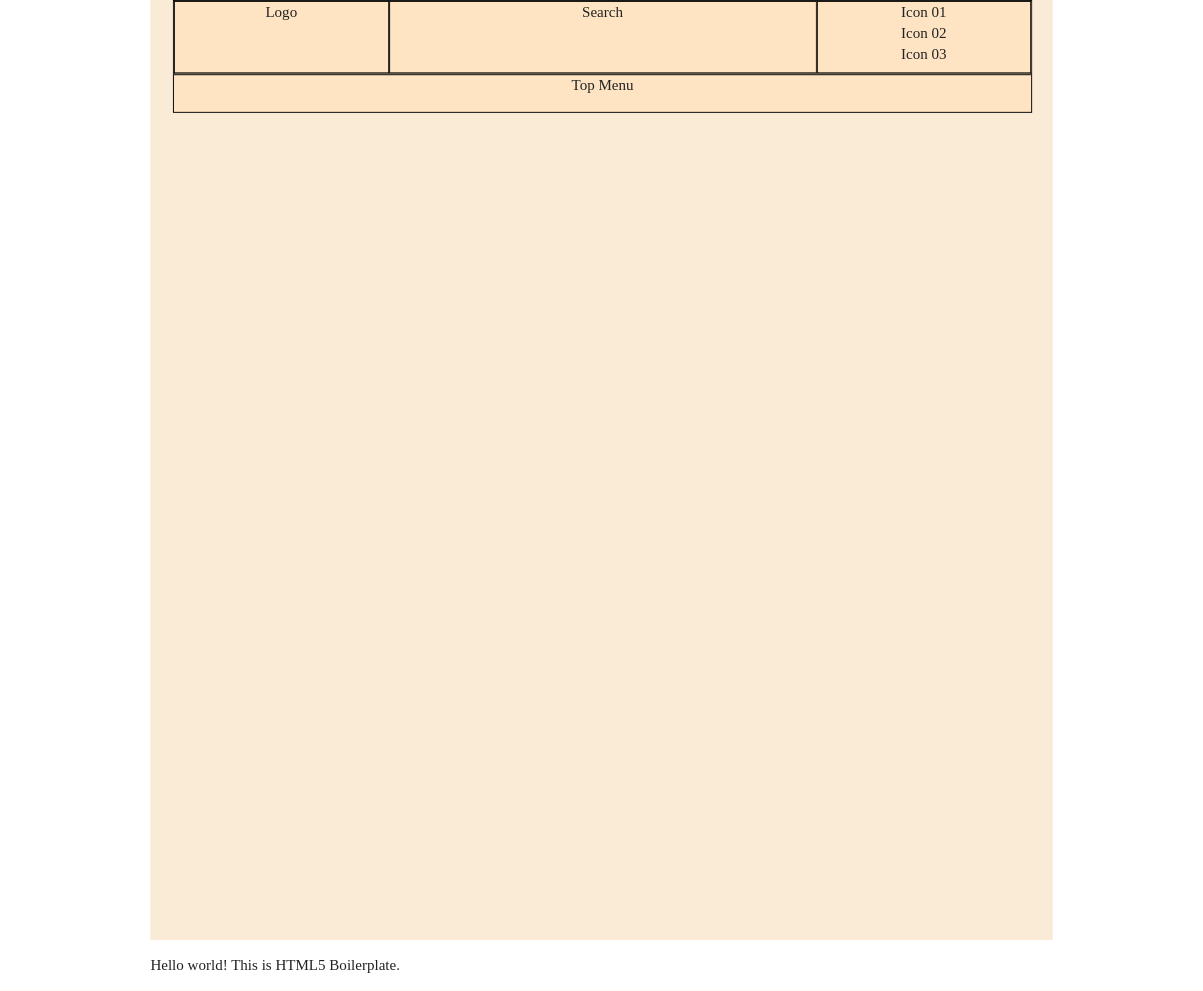
Repository: giovanabirck/cover-magazine-giovanabirck
Page: index.html
The author's editor kept a copy of each file at every save. The page is drawn from the files as they stood at one save, then again after the next save.
The browser window is 1280 px wide. The pictures show the whole page, at 94% of full size.

Above is the page before, as saved 2023-01-13 17:05:47.

After the next save:
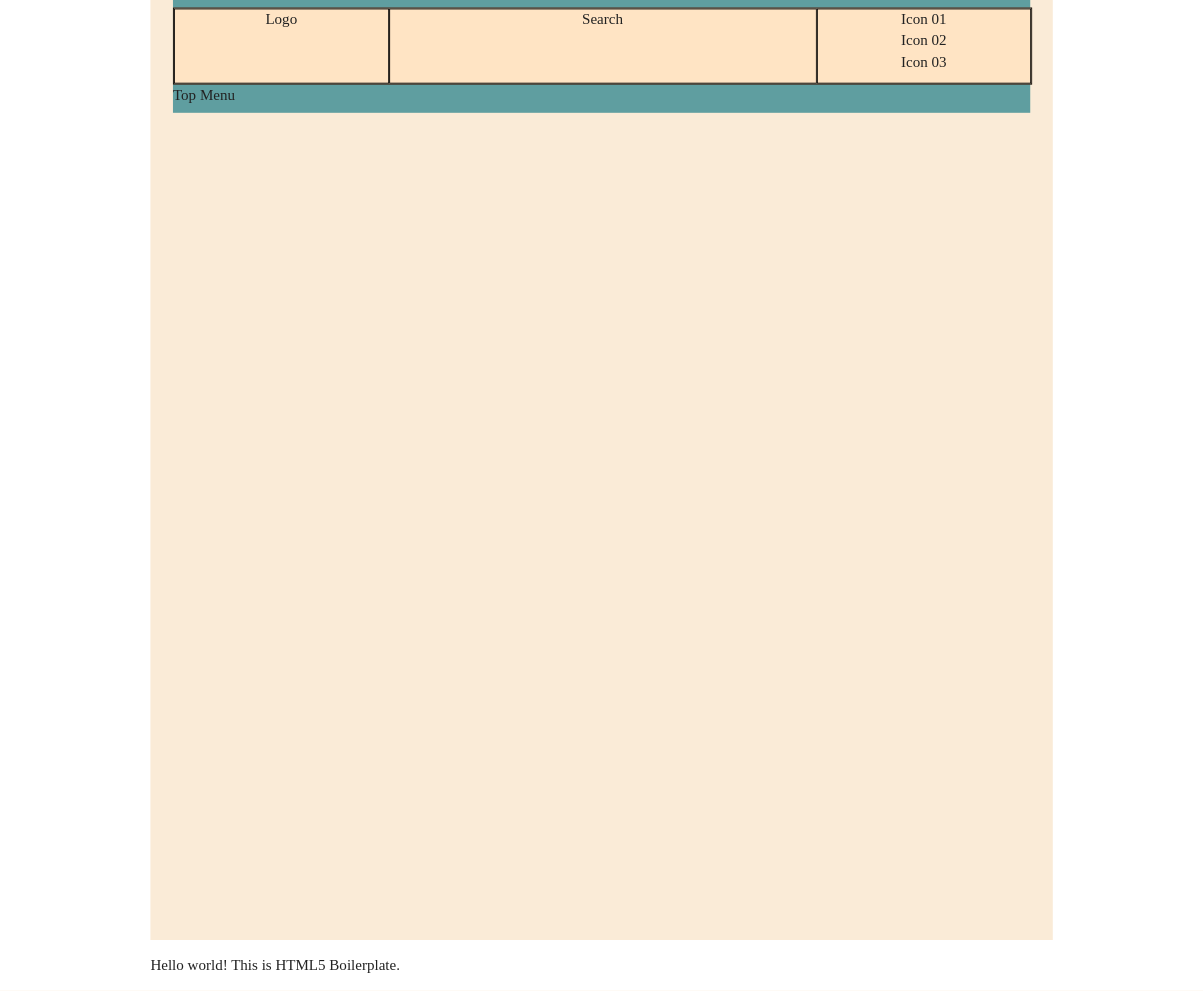
Saved 10 s later.
--- a/css/main.css
+++ b/css/main.css
@@ -308,6 +308,8 @@
   text-align: center;
 }
 
+eader-content-icons-01
+
 .header-menu{
   background-color: bisque;
   border: solid 1px black;

After the 2 saves that followed:
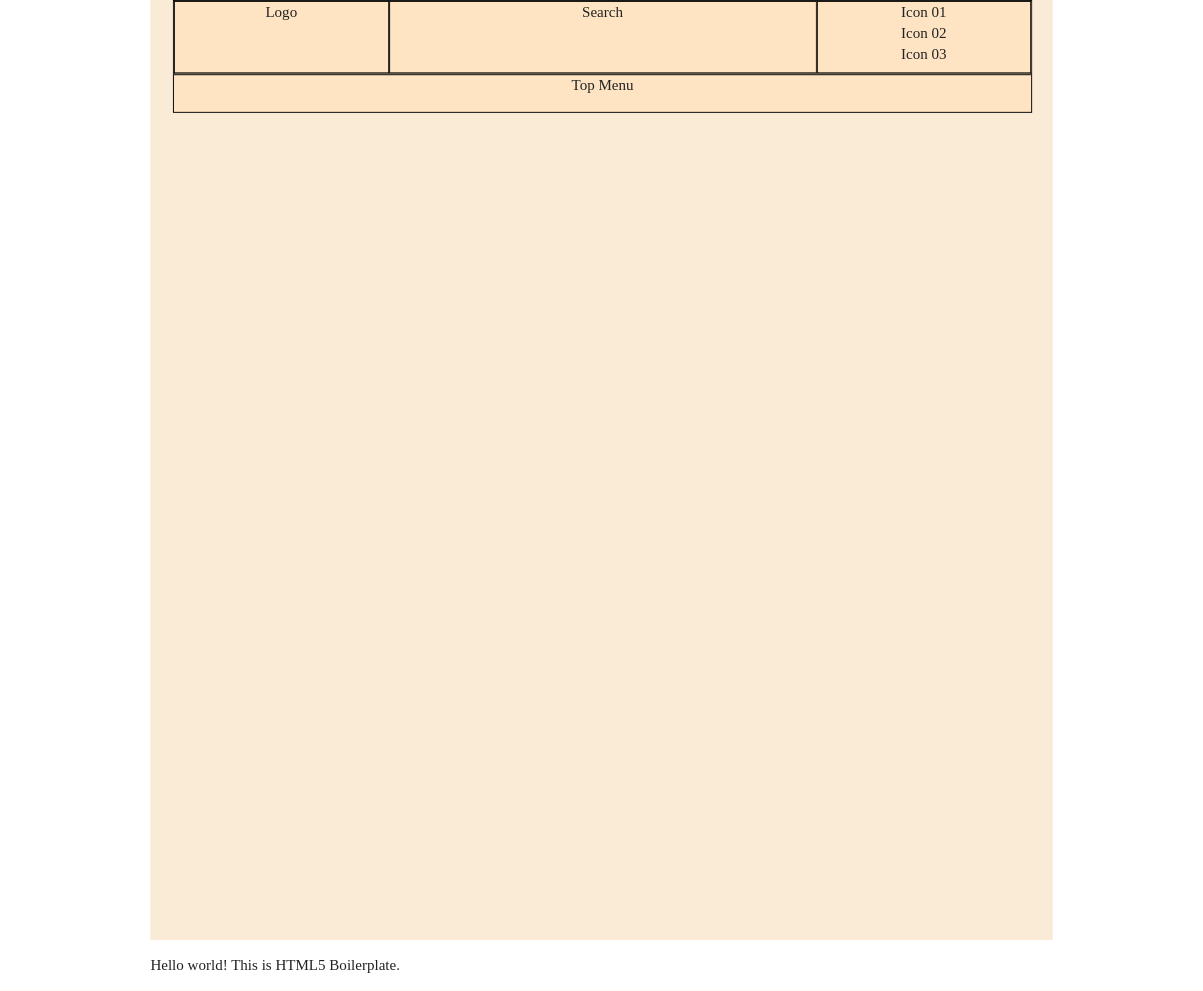
The 2 saves are shown as one change because they came seconds apart.
The last was saved 6 s later.
--- a/css/main.css
+++ b/css/main.css
@@ -308,7 +308,9 @@
   text-align: center;
 }
 
-eader-content-icons-01
+.header-content-icons-01{
+
+}
 
 .header-menu{
   background-color: bisque;
